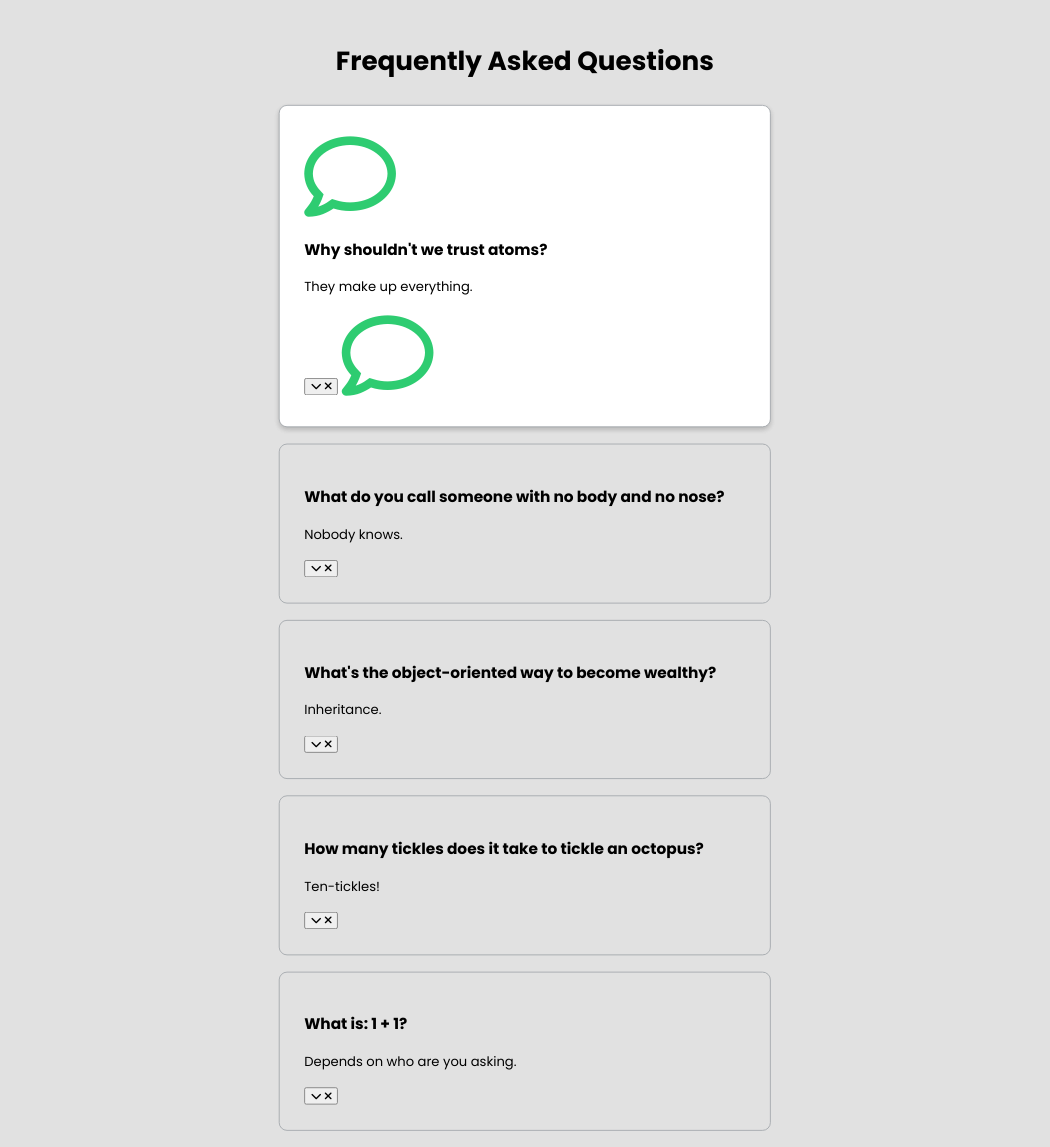
Repository: huynhvanngoan/50projectsin50days
Page: Day12/index.html
An editor plug-in stored every save of this project. The page is shown before and after the next save, followed by the edit.
The browser window is 1280 px wide. The pictures show the whole page, at 82% of full size.

Above is the page before, as saved 2022-11-14 23:09:15.

### Day12/index.html
<!DOCTYPE html>
<html lang="en">
<head>
    <meta charset="UTF-8">
    <meta http-equiv="X-UA-Compatible" content="IE=edge">
    <meta name="viewport" content="width=device-width, initial-scale=1.0">
    <title>Day 12 - FAQ Collapse</title>
    <link rel="stylesheet" href="https://cdnjs.cloudflare.com/ajax/libs/font-awesome/6.2.0/css/all.min.css"
        integrity="sha512-xh6O/CkQoPOWDdYTDqeRdPCVd1SpvCA9XXcUnZS2FmJNp1coAFzvtCN9BmamE+4aHK8yyUHUSCcJHgXloTyT2A=="
        crossorigin="anonymous" referrerpolicy="no-referrer" />
    <link rel="stylesheet" href="style.css">
</head>
<body>
    <h1>Frequently Asked Questions</h1>
    <div class="faq-container">
        <div class="faq active">
            <h3 class="faq-title">
                Why shouldn't we trust atoms?
            </h3>
            <p class="faq-text">
                They make up everything.
            </p>
            <button class = "faq-toggle">
                <i class="fas fa-chevron-down"></i>
                <i class="fas fa-times"></i>
            </button>
        </div>
        <div class="faq ">
            <h3 class="faq-title">
                What do you call someone with no body and no nose?
            </h3>
            <p class="faq-text">
                Nobody knows.
            </p>
            <button class = "faq-toggle">
                <i class="fas fa-chevron-down"></i>
                <i class="fas fa-times"></i>
            </button>
        </div>
        <div class="faq ">
            <h3 class="faq-title">
                What's the object-oriented way to become wealthy?
            </h3>
            <p class="faq-text">
                Inheritance.
            </p>
            <button class = "faq-toggle">
                <i class="fas fa-chevron-down"></i>
                <i class="fas fa-times"></i>
            </button>
        </div>
        <div class="faq ">
            <h3 class="faq-title">
                How many tickles does it take to tickle an octopus?
            </h3>
            <p class="faq-text">
                Ten-tickles!
            </p>
            <button class = "faq-toggle">
                <i class="fas fa-chevron-down"></i>
                <i class="fas fa-times"></i>
            </button>
        </div>
        <div class="faq ">
            <h3 class="faq-title">
                What is: 1 + 1?
            </h3>
            <p class="faq-text">
                Depends on who are you asking.
            </p>
            <button class = "faq-toggle">
                <i class="fas fa-chevron-down"></i>
                <i class="fas fa-times"></i>
            </button>
        </div>
    </div>
    <script src="script.js"></script>
</body>
</html>

### Day12/style.css
@import url('https://fonts.googleapis.com/css2?family=Poppins:wght@300;400;500;600;700&display=swap');
* {
    box-sizing: border-box;
}

body {
    font-family: 'Poppins', sans-serif;
    background-color: #e1e1e1;
}

h1{
    margin: 50px 0 30px;
    text-align: center;
}
.faq-container {
    max-width: 600px;
    margin: 0 auto;
}
.faq {
    background-color: transparent;
    border: 1px solid #9fa4a8;
    border-radius: 10px;
    margin: 20px 0;
    padding: 30px;
    position: relative;
    overflow: hidden;
    transition: 0.3s ease;
}
.faq.active {
    background-color: #fff;
    box-shadow: 0 3px 6px rgba(0, 0, 0, 0.1), 0 3px 6px rgba(0, 0, 0, 0.1);
}

.faq.active::before,
.faq.active::after {
    content: '\f075';
    font-family: 'Font Awesome 6 Free';
    color: #2ecc71;
    font-size: 7rem;
}

Loaded but not shown: Day12/script.js (no copy from this time; the picture is the same without it)

After the next save:
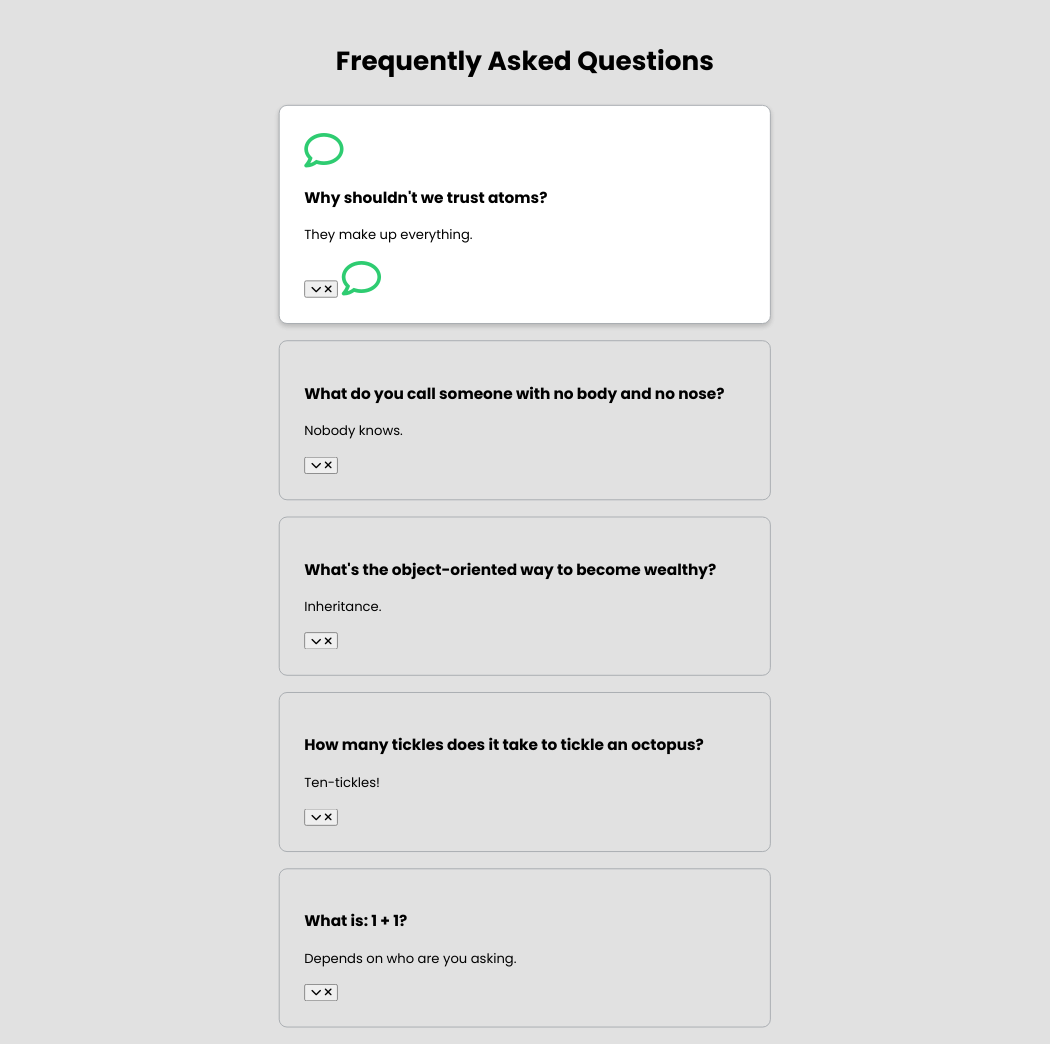
Saved 4 s later.
--- a/Day12/style.css
+++ b/Day12/style.css
@@ -36,5 +36,5 @@ h1{
     content: '\f075';
     font-family: 'Font Awesome 6 Free';
     color: #2ecc71;
-    font-size: 7rem;
+    font-size: 3rem;
 }
